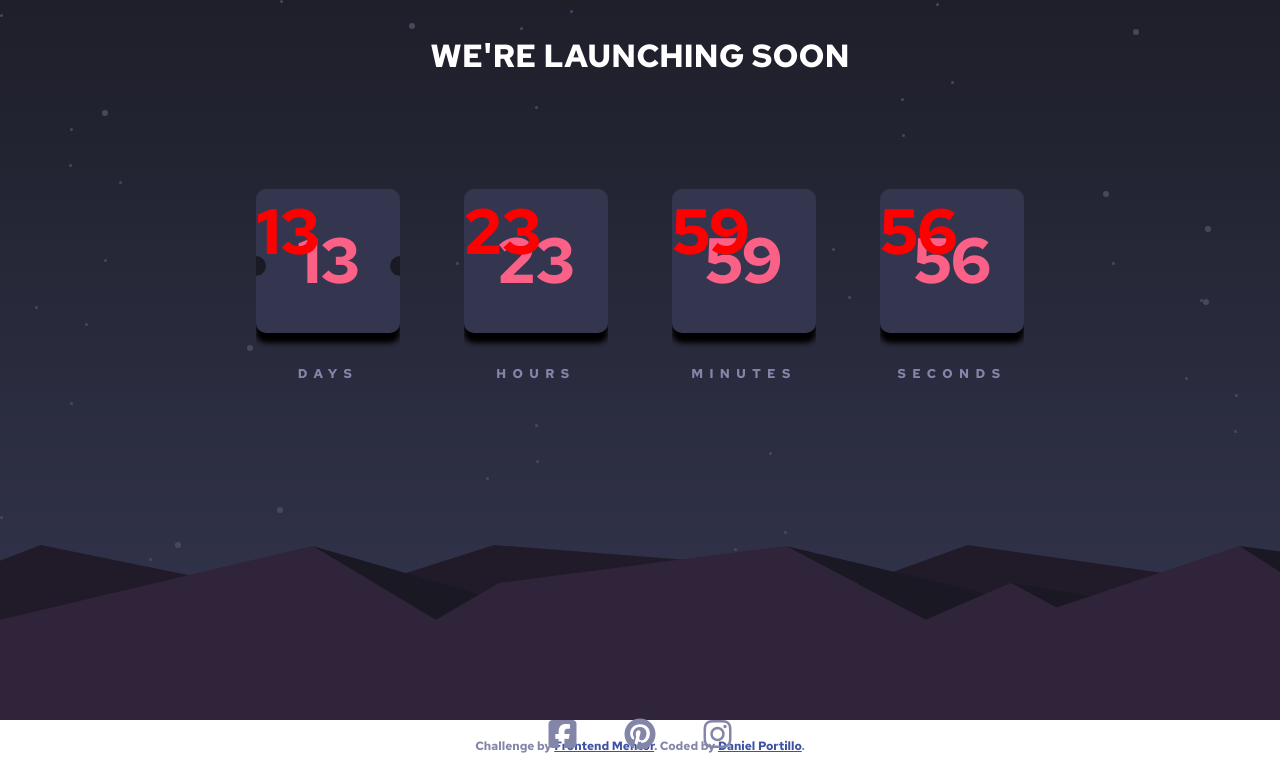
Repository: dportillo23/launch-countdown-timer-main
Page: index.html
The author's editor kept a copy of each file at every save. The page is drawn from the files as they stood at one save, then again after the next save.
The browser window is 1280 px wide. The pictures show the whole page.
Some web libraries are served in a nearby version. The style sheet was rebuilt from its Sass, Less or Tailwind sources for each picture, by a compiler version that may differ from the author's.

Above is the page before, as saved 2021-07-02 10:21:17.

After the next save:
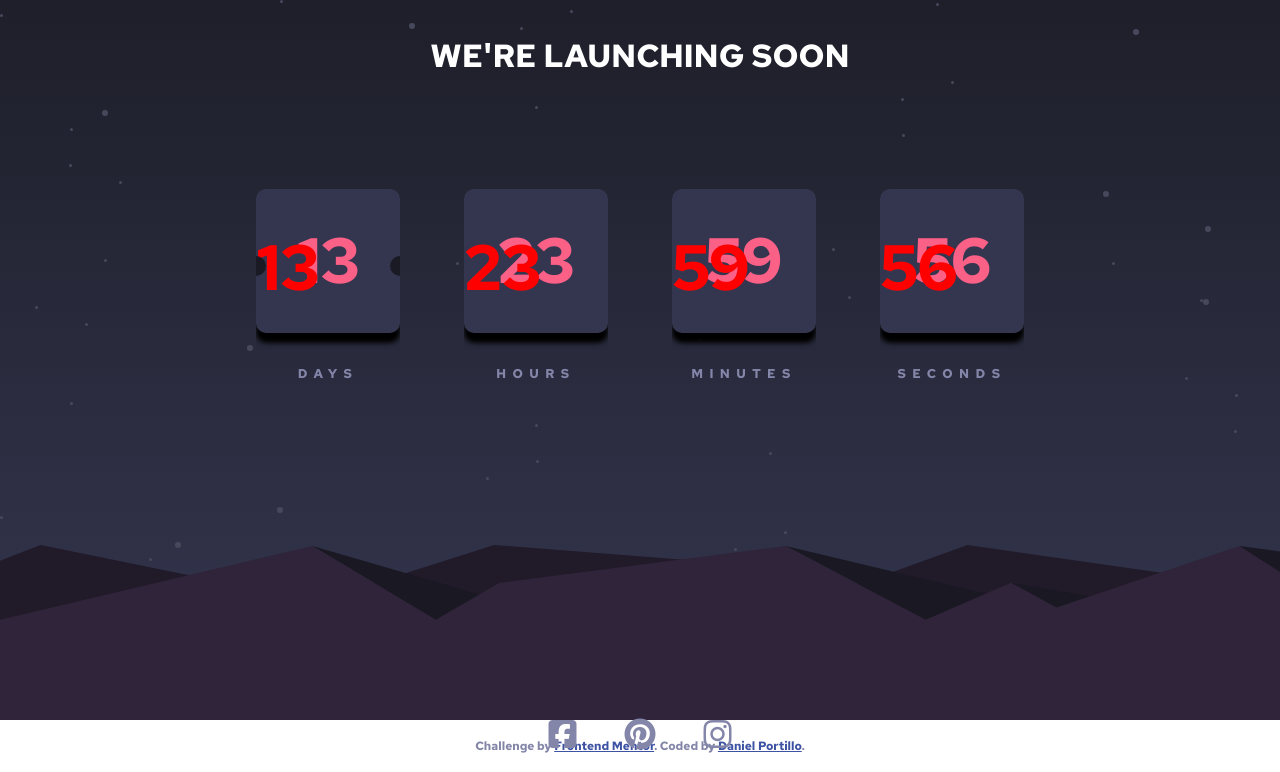
Saved 2 min 2 s later.
--- a/style.scss
+++ b/style.scss
@@ -81,7 +81,7 @@ body {
     &::before {
         content: attr(data-value);
         width: 100%;
-        height: 100%;
+        height: 50%;
         color: red;
         position: absolute;
         z-index: 1;

After the save that followed:
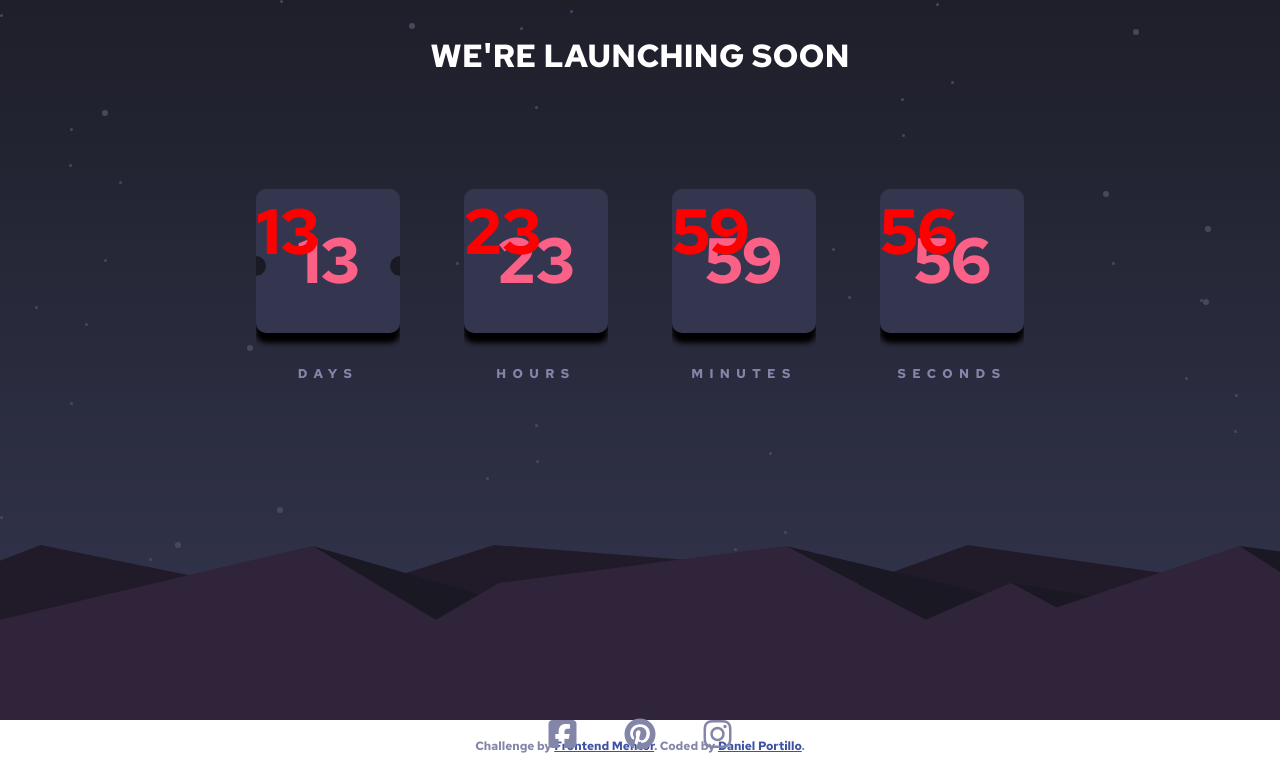
Saved 15 s later.
--- a/style.scss
+++ b/style.scss
@@ -85,6 +85,7 @@ body {
         color: red;
         position: absolute;
         z-index: 1;
+        top: 0;
     }
 
     // &::after {
